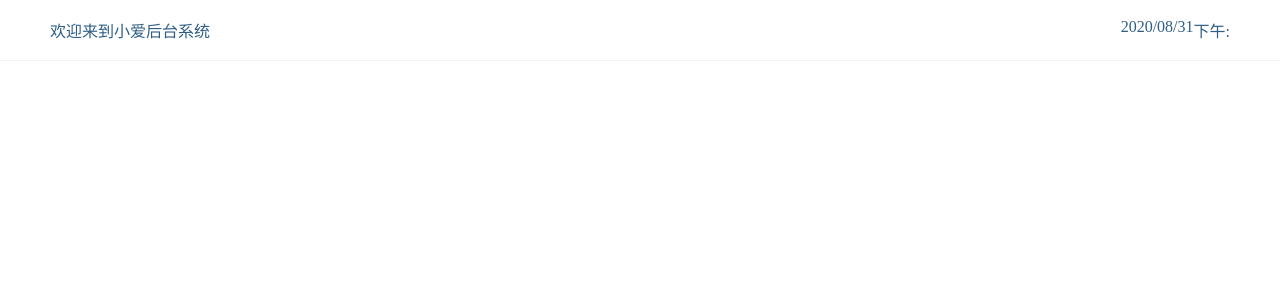
Repository: ZHANG-0714/backstage
Page: /
These files come from the project's save history. The page is drawn as it stood at one moment and after the next save; the edit follows.
The browser window is 1280 px wide. The pictures show the whole page.
The project was rebuilt for these pictures with package versions that can differ from the ones it lists, and the page was loaded fresh each time. Also part of the build but not shown: vue.config.js, src/views/Home.vue.

Above is the page before, as saved 2020-08-31 16:18:29.

### public/index.html
<!DOCTYPE html>
<html lang="en">

<head>
  <meta charset="utf-8">
  <meta http-equiv="X-UA-Compatible" content="IE=edge">
  <meta name="viewport" content="width=device-width,initial-scale=1.0">
  <link rel="icon" href="<%= BASE_URL %>favicon.ico">
  <title><%= htmlWebpackPlugin.options.title %></title>
</head>

<body>
  <noscript>
    <strong>We're sorry but <%= htmlWebpackPlugin.options.title %> doesn't work properly without JavaScript enabled.
      Please enable it to continue.</strong>
  </noscript>
  <div id="app"></div>
  <!-- built files will be auto injected -->

  <!--[if lte IE 9]>
    <div style='position:absolute; top: 50%; left:50%; margin-top: -50px;margin-left: -400px; align-items: center;justify-content: center;'>
      <div style='width: 800px; height: 100px;text-align: center'>
        <h1>
        您的浏览器版本过低 请下载最新的谷歌浏览器
      </h1>
      <div style='text-align: center;width: 800px'>
        <a href='http://rj.baidu.com/soft/detail/14744.html?ald'>下载谷歌浏览器点此链接</a>
      </div>
      </div>
    </div>
  <![endif]-->
</body>

</html>

### src/App.vue
<template>
  <div id="app">
    <router-view />
  </div>
</template>

<style lang="scss">
@import "../style/Css";
@import '../style/Situation'
</style>

### src/router/index.js
import Vue from 'vue'
import VueRouter from 'vue-router'
import Home from '../views/Home.vue'
import Public from '../views/Public.vue'

Vue.use(VueRouter)

const routes = [
  {
    path: '/home',
    redirect: '/'
  },
  {
    path: '/',
    component: Public,
    children: [
      {
        path: '',
        name: 'Home',
        component: Home,  //首页
        meta: {
          title: "首页"
        }
      },
    ]
  }
]

const router = new VueRouter({
  mode: 'history',
  base: process.env.BASE_URL,
  routes
})

export default router

### src/store/index.js
import Vue from 'vue'
import Vuex from 'vuex'
import user from './user/user'

Vue.use(Vuex)

export default new Vuex.Store({
  state: {
  },
  mutations: {
  },
  actions: {
  },
  modules: {
    user
  }
})

### style/Css.css
* {
	margin: 0;
	padding: 0;
}

.flex {
	display: flex;
}

.justify-content {
	justify-content: center;
}

.align-items {
	align-items: center;
}

.space-around {
	justify-content: space-around;
}

.space-between {
	justify-content: space-between;
}

.flex-direction {
	flex-direction: column;
}

.flex-end {
	align-items: flex-end;
}

.text-overflow {
	overflow: hidden;
	text-overflow: ellipsis;
	display: -webkit-box;
	-webkit-line-clamp: 1;
	-webkit-box-orient: vertical;
}

.opacity {
	opacity: 0.9;
}

.filter {
	filter: blur(30px);
	z-index: -1;
}

.flex-wrap {
	flex-wrap: wrap;
}

.position {
	position: fixed;
}

### style/Situation.scss
.el-card--header--img--doos {
    .el-card__header {
        border-bottom: 1px solid #535353;
    }
    .el-form-item__label{
        padding: 0;
    }
}

### src/views/Public.vue
<template>
  <!-- 公共 -->
  <div>
    <headTop></headTop>
  </div>
</template>

<script>
import headTop from "../components/public/headTop";
export default {
  name: "",
  props: {},
  components: {
    headTop,
  },
  data() {
    return {};
  },
  methods: {},
  mounted() {},
  watch: {},
  computed: {},
};
</script>

<style scoped lang='scss'>
</style>

### src/store/user/user.js
import api from '../../http/api'
import router from '../../router'
import { Message } from 'element-ui'

export default {
    // 开启命名空间 这个文件就是单独的一个vuex的模块
    namespaced: true,
    state: {
        menus: []
    },
    mutations: {
        seMenus(state, data) {
            state.menus = data
        }
    },
    actions: {
        //所有的请求都写在actions里面
        // actions 里面的方法可以传两个参数，第一个参数是整个store(vuex对象) 第二个参数是请求的参数
        async getMenus({ commit }) {
            let res = await api.getMenus()
            if (res.meta.status === 200) {
                // 提交mutation
                commit('setMenus', res.data)
            }
        },
        //登录
        async login({ commit }, { username, password }) {
            let res = await api.login({
                username,
                password
            })
            console.log(commit);
            console.log(res);
            if (res.meta.status === 200) {
                // 存储信息
                localStorage.setItem('adminToken', res.data.toke)
                localStorage.setItem('adminUser', JSON.stringify(res.data))
                // 跳转路由
                router.push('/')
                // 提示用户
                Message.success('登录成功')
            }
        }
    },
}

### src/components/public/headTop.vue
<template>
  <!-- 头部组件 -->
  <div class="top flex align-items space-between">
    <div class="name">欢迎来到小爱后台系统</div>
    <div class="flex">
      <div>{{time}}</div>
      <div>下午:</div>
    </div>
  </div>
</template>

<script>
import dayjs from "dayjs";
export default {
  name: "",
  props: {},
  components: {},
  data() {
    return {
      time: "", //获取当前登录时间
    };
  },
  methods: {},
  mounted() {
    //  获取当前登录时间
    this.time = dayjs().format("YYYY/MM/DD");
    console.log(this.time);
  },
  watch: {},
  computed: {},
};
</script>

<style scoped lang='scss'>
.top {
  height: 60px;
  padding: 0 50px;
  border-bottom: 1px solid #f0f2f5;
  color: #2e5e85;
}
</style>

### src/http/api.js
import service from './index'

export default {
    login({ username, password }) {
        return service.post('/login', {
            username,
            password
        })
    }
}

### src/http/index.js
import axios from 'axios'
import nprogress from 'nprogress'
import { Message } from 'element-ui'

//运行环境：本地环境:devlpment 和线上（生产）环境：production
const ispro = process.env.NODE_ENV === 'production'

//创建一个axios的实例
const service = axios.create({
    //基础路径:需要根据当前的运行环境来判断
    baseURL: ispro ? '线上接口路径' : '/api',
    //超时时间
    timeout: 100000
})

// 请求拦截：每一次发请求都会做的事
service.interceptors.request.use((config) => {
    nprogress.start()
    //前后端鉴权
    //jwt：JSON WEB TOKEN
    //登录成功后 后端会返回一个令牌
    let token = localStorage.getItem('abminToken')
    if (token) {
        config.headers['Authorization'] = token
    }
    return config
}, err => {
    nprogress.done()
    return Promise.reject(err)
})

//响应拦截：每一次接口返回数据的时候都会做的事
service.interceptors.response.use((res) => {
    nprogress.done()
    return res.data
}, err => {
    if (err.response && err.response.status) {
        // 错误请求的状态码
        let status = err.response.status
        if (status === 400) {
            Message.error('参数错误')
        }
        if (status === 401) {
            Message.error('登录过期，请重新登录')
        }
        if (status === 403) {
            Message.error('没有权限')
        }
        if (status === 404) {
            Message.error('接口路径错误')
        }
        if (status === 500) {
            Message.error('服务器出错')
        }
        if (status === 503) {
            Message.error('服务器在维护')
        }
    }
    return Promise.reject(err)
}
)

export default service

Loaded but not shown: src/main.js (common file)

After the next save:
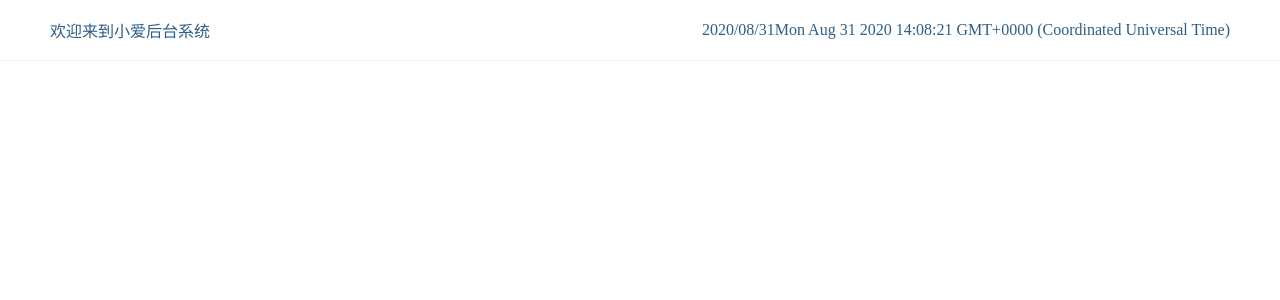
Saved 6 min 45 s later.
--- a/src/components/public/headTop.vue
+++ b/src/components/public/headTop.vue
@@ -4,7 +4,7 @@
     <div class="name">欢迎来到小爱后台系统</div>
     <div class="flex">
       <div>{{time}}</div>
-      <div>下午:</div>
+      <div>{{date}}</div>
     </div>
   </div>
 </template>
@@ -18,6 +18,7 @@ export default {
   data() {
     return {
       time: "", //获取当前登录时间
+      date: new Date(),
     };
   },
   methods: {},
@@ -25,6 +26,16 @@ export default {
     //  获取当前登录时间
     this.time = dayjs().format("YYYY/MM/DD");
     console.log(this.time);
+
+    let _this = this; // 声明一个变量指向Vue实例this，保证作用域一致
+    this.timer = setInterval(() => {
+      _this.date = new Date(); // 修改数据date
+    }, 1000);
+  },
+  beforeDestroy() {
+    if (this.timer) {
+      clearInterval(this.timer); // 在Vue实例销毁前，清除我们的定时器
+    }
   },
   watch: {},
   computed: {},
